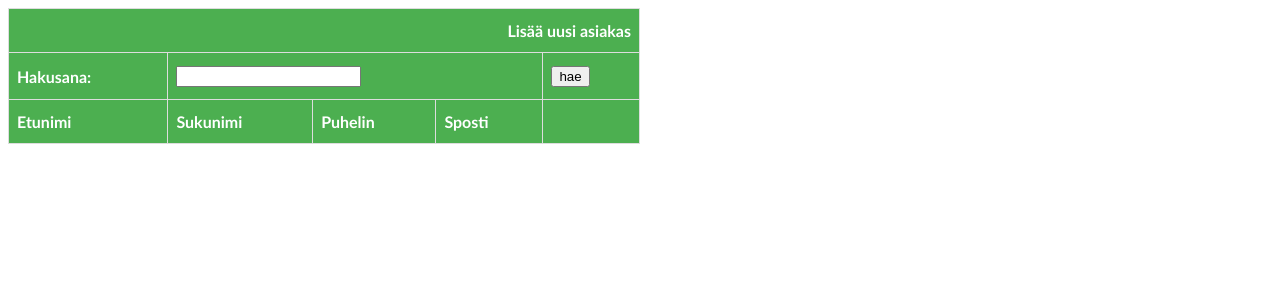
Repository: NicklasHH/Etatehtava_6
Page: http://localhost/Asiakkaat/listaaasiakkaat.jsp
The author's editor kept a copy of each file at every save. The page is drawn from the files as they stood at one save, then again after the next save.
The browser window is 1280 px wide. The pictures show the whole page.
The pointer rests on the first visible `a`.
The page is served by Tomcat 9.

Above is the page before, as saved 2022-11-07 21:43:13.
Console error: ReferenceError: haeAsiakkaat is not defined

After the next save:
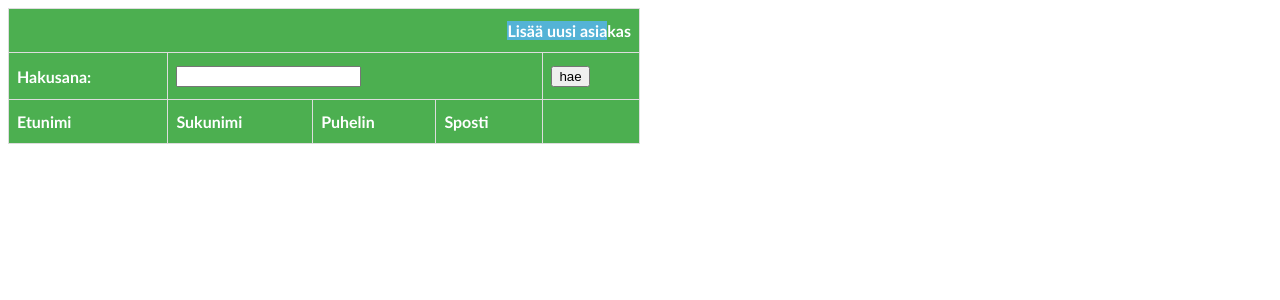
Saved 103 s later.
--- a/Asiakkaat/src/main/webapp/css/main.css
+++ b/Asiakkaat/src/main/webapp/css/main.css
@@ -42,3 +42,7 @@ table th {
 	text-decoration: none;
 
 }
+a:hover {
+  box-shadow: inset 100px 0 0 0 #54b3d6;
+  color: white;
+}

After the 3 saves that followed:
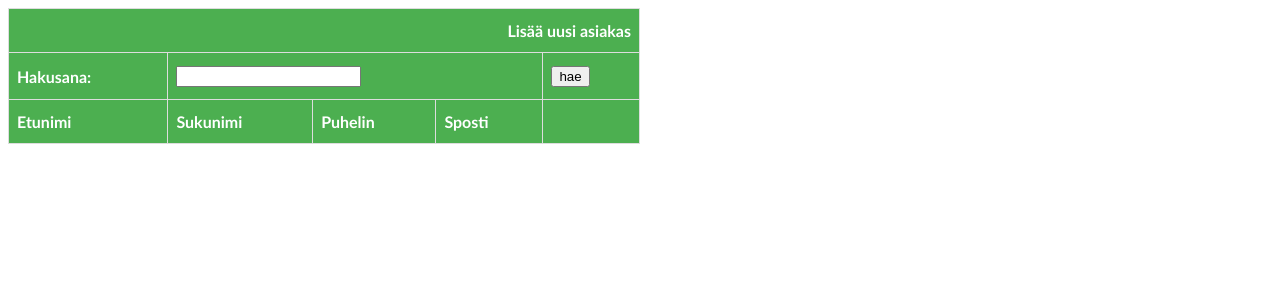
The 3 saves are shown as one change because 2 left the picture as it was.
The last was saved 31 s later.
--- a/Asiakkaat/src/main/webapp/css/main.css
+++ b/Asiakkaat/src/main/webapp/css/main.css
@@ -43,6 +43,5 @@ table th {
 
 }
 a:hover {
-  box-shadow: inset 100px 0 0 0 #54b3d6;
-  color: white;
+  color: black;
 }
